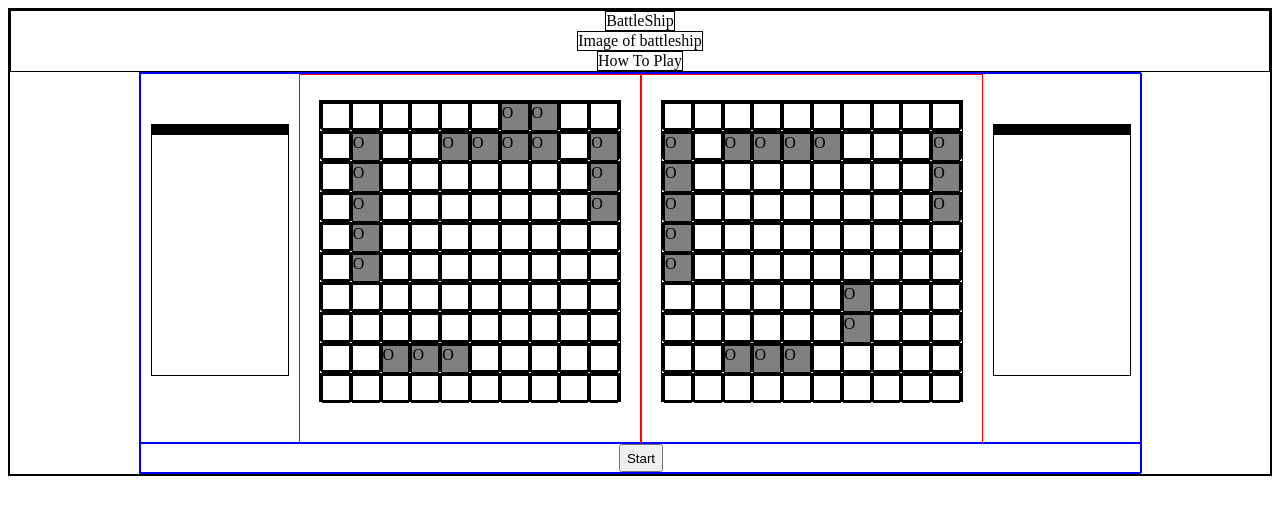
Repository: J-Haze/BattleshipApp
Page: /
The author's editor kept a copy of each file at every save. The page is drawn from the files as they stood at one save, then again after the next save.
The browser window is 1280 px wide. The pictures show the whole page.
The project was rebuilt for these pictures with package versions that can differ from the ones it lists, and the page was loaded fresh each time. Also part of the build but not shown: src/index.css.

Above is the page before, as saved 2020-09-23 17:53:27.

### src/App.js
import React from "react";
import "./App.css";
import Game from "./Components/Game";
import Header from "./Components/Header"
// import { ProgressPlugin } from "webpack";

//test

function App() {
  return (
    <div className="App">
      <Header />
      <Game />
    </div>
  );
}

export default App;

### src/App.css
/* test */
:root{
    --black: #1B262C;
}


header {
    border: 1px solid black;

    display: flex;
    flex-direction: column;
    justify-content: center;
    align-items: center;

}

div {
    border: 1px solid black;
}

#how-to:hover{
    cursor: pointer;
}

#game{
    width: 1000px;
    height: 400px;
    display: flex;
    flex-direction: column;
    border: 1px solid blue;
    margin-left: auto;
    margin-right: auto;
}

.column{
    width: 50%;
    height: 100%;
    border: 1px solid red;
}

.board{
    height: 300px;
    width: 300px;
    margin-left: auto;
    margin-right: auto;
    margin-top: 25px;

    display: grid;
    grid-template-columns: repeat(1, 1fr);
    grid-template-rows: repeat(10, 1fr);
    gap: 2px;
}

.row{
    display: flex;
    /* height: 30px; */
    height: 1fr;
    width: 1fr;
}

.square{
    /* height: 100%;
    width: 10%; */
    display: flex;
    height: 100%;
    width: 10%;
}

.ship{
    background-color:gray;
    height: 100%;
    width: 100%;
}

.hit{
    background-color:red;
    height: 100%;
    width: 100%;
}

.miss{
    background-color:lightblue;
    height: 100%;
    width: 100%;
}

.sunk{
    background-color:black;
    height: 100%;
    width: 100%;
}

.empty{
    /* background-color: yellow; */
    height: 100%;
    width: 100%;
}

#top-row{
    display: flex;
    width: 1000px;
    height: 400px;
    border: 1px solid blue;
    margin-left: auto;
    margin-right: auto;
}

#bottom-row{
    display: flex;
    width: 1000px;
    height: 30px;
    border: 1px solid blue;
    margin-left: auto;
    margin-right: auto;
}

#start-button{
        margin-left: auto;
    margin-right: auto;
}

.fleet{
    height: 250px;
    width: 200px;
    margin-top: 50px;
    margin-left: 10px;
    margin-right: 10px;
}

.ship-harbor{
    height:
}

### src/Components/Game.js
import React, { useState, useEffect } from "react"
import shipFactory from "../factories/ship"
import gameboardFactory from "../factories/gameboard"
import player from "../factories/player"
import Board from "./Board.js"
import Row from "./Row.js"
import Fleet from "./Fleet.js"
// import { set } from "date-fns"

function Game() {
    const [playerState, setPlayer] = useState(player("Player"))
    const [computer, setComputer] = useState(player("Player")) //Eventually change to "computer"

    const [rowState, setRowState] = useState([]);
    let rows = [];

    const [orientation, setOrientation] = useState("horizontal")

    const [refresh, setRefresh] = useState(false);

    let pCarrier = "";
    let pBattleship = "";
    let pCruiser = "";
    let pSubmarine = "";
    let pDestroyer = "";

    let pCarrierOrient = "";
    let pBattleshipOrient = "";
    let pCruiserOrient = "";
    let pSubmarineOrient = "";
    let pDestroyerOrient = "";

    const placeShipsPlayer = (pCarrier, pBattleship, pCruiser, pSubmarine, pDestroyer, pCarrierOrient, pBattleshipOrient, pCruiserOrient, pSubmarineOrient, pDestroyerOrient) => {
        const destroyer = shipFactory(2)
        const submarine = shipFactory(3)
        const cruiser = shipFactory(3)
        const battleship = shipFactory(4)
        const carrier = shipFactory(5)

        playerState.gameboard.placeShip(carrier, 5, pCarrier, pCarrierOrient);
        playerState.gameboard.placeShip(battleship, 4, pBattleship, pBattleshipOrient);
        playerState.gameboard.placeShip(cruiser, 3, pCruiser, pCruiserOrient);
        playerState.gameboard.placeShip(submarine, 3, pSubmarine, pSubmarineOrient);
        playerState.gameboard.placeShip(destroyer, 2, pDestroyer, pDestroyerOrient);
    }

    pCarrier = 11;
    pBattleship = 14;
    pCruiser = 82;
    pSubmarine = 19;
    pDestroyer = 6;

    pCarrierOrient = "vertical";
    pBattleshipOrient = "horizontal";
    pCruiserOrient = "horizontal";
    pSubmarineOrient = "vertical";
    pDestroyerOrient = "horizontal";

    placeShipsPlayer(pCarrier, pBattleship, pCruiser, pSubmarine, pDestroyer, pCarrierOrient, pBattleshipOrient, pCruiserOrient, pSubmarineOrient, pDestroyerOrient);


    const placeShipsComputer = (pCarrier, pBattleship, pCruiser, pSubmarine, pDestroyer, pCarrierOrient, pBattleshipOrient, pCruiserOrient, pSubmarineOrient, pDestroyerOrient) => {
        const destroyer = shipFactory(2)
        const submarine = shipFactory(3)
        const cruiser = shipFactory(3)
        const battleship = shipFactory(4)
        const carrier = shipFactory(5)

        computer.gameboard.placeShip(carrier, 5, pCarrier, pCarrierOrient);
        computer.gameboard.placeShip(battleship, 4, pBattleship, pBattleshipOrient);
        computer.gameboard.placeShip(cruiser, 3, pCruiser, pCruiserOrient);
        computer.gameboard.placeShip(submarine, 3, pSubmarine, pSubmarineOrient);
        computer.gameboard.placeShip(destroyer, 2, pDestroyer, pDestroyerOrient);

    };

    let cCarrier = 10;
    let cBattleship = 12;
    let cCruiser = 82;
    let cSubmarine = 19;
    let cDestroyer = 66;

    let cCarrierOrient = "vertical";
    let cBattleshipOrient = "horizontal";
    let cCruiserOrient = "horizontal";
    let cSubmarineOrient = "vertical";
    let cDestroyerOrient = "vertical";

    placeShipsComputer(cCarrier, cBattleship, cCruiser, cSubmarine, cDestroyer, cCarrierOrient, cBattleshipOrient, cCruiserOrient, cSubmarineOrient, cDestroyerOrient);

    let attackCoord = "";

    function handleClick(id) {
        attackCoord = playerState.sendAttack(id);
        computer.gameboard.receiveAttack(attackCoord)
        setRefresh(!refresh)
        console.log("computer:", computer)
    };

    function createRows(board) {
        rows = [];
        for (let i = 0; i < board.length; i += 10) {
            rows.push(board.slice(i, i + 10));
        }
        setRowState(rows);
    }

    useEffect(() => {
        createRows(computer.gameboard.board);

    }, [computer, refresh]
    );

    return (
        <div id="game">
            <div id="top-row">
                {/* <div id="player-fleet" className="fleet"></div> */}
                <Fleet
                    id="player-fleet"
                    orient={orientation}
                />

                <div id="col-one" className="column">
                    <Board
                        key={"player"}
                        id="player-board"
                        board={playerState.gameboard.board}
                    // handleClick={}
                    // handleTest={handleTest}
                    />


                </div>
                <div id="col-two" className="column">
                    <div id="computer-board" className="board">
                        {rowState.map((row, i) => {
                            return (
                                <Row
                                    key={i}
                                    roww={i}
                                    rowObj={row}
                                    handleClick={handleClick}
                                />
                            );
                        })
                        }
                    </div>
                </div>

                {/* <div id="computer-fleet" className="fleet"></div> */}
                <Fleet
                    id="computer-fleet"
                    orient={orientation}
                />
            </div>
            <div id="bottom-row">
                <button id="start-button">Start</button>
            </div>
        </div>
    )
}

export default Game;

### src/Components/Header.js
import React from "react"
// import shipFactory from "../factories/ship"
// import gameboardFactory from "../factories/gameboard"
// import player from "../factories/player"


function Header() {
    return (
        <header>
            <div>BattleShip</div>
            <div> Image of battleship </div>
            <div id="how-to"> How To Play </div>
        </header>
    )
}


export default Header;

### src/factories/ship.js

const shipFactory = (shipLength) => {
    const shipNames = {
        1: 'Submarine',
        2: 'Destroyer',
        3: 'Cruiser',
        4: 'Battleship',
        5: 'Carrier',
    };

    const name = shipNames[shipLength];

    let ship = [];
    for (let i = 0; i < shipLength; i++) {
        ship.push([false, i, name])
    }

    let hit = (hitLocation) => {
        ship[hitLocation] = [true, hitLocation, name];
        console.log("Hit!", ship)
        console.log(`You've hit my ${name}`)
        // console.log("hits length", hit.length)
        // console.log("ship.length", ship.length)
        return ship
    }

    let isSunk = () => {
        let sunkStatus = false
        ship[0][0] == true ? sunkStatus = true : sunkStatus = false
        for (let square in ship) {
            // console.log("ship:", ship)
            // console.log(ship[square])
            sunkStatus = (ship[square][0] && sunkStatus)
        }
        // let sunkStatus = ship[0].every(Boolean);
        return sunkStatus
    }

    return {
        //id,
        name,
        shipLength,
        ship,
        hit,
        isSunk
    }
}

// const destroyer = shipFactory(2)
// const cruiser = shipFactory(3)
// const battleship = shipFactory(4)
// const carrier = shipFactory(5)

export default shipFactory;

//export default {shipFactory, destroyer, cruiser, battleship, carrier}

//Comment out with not testing
// module.exports = shipFactory;

### src/factories/gameboard.js
import shipFactory from "./ship"

const destroyer = shipFactory(2)
const submarine = shipFactory(3)
const cruiser = shipFactory(3)
const battleship = shipFactory(4)
const carrier = shipFactory(5)

const gameboardFactory = () => {
    let board = [];
    for (let a = 0; a <= 99; a++) {
        board.push(null)
    }
    // let boatsSunk = ["cruiser", "battleship", "carrier"];
    let boatsSunk = [];
    let allSunk = false;
    // let boatsPlaced = [];
    // let allPlaced = false;

    const placeShip = (shipName, shipLength, position, orient) => {
        //Checks for valid move
        let endPoint = 0;
        let closestEdge = 99;

        if (orient == "horizontal") {
            for (let b = position; b < (position + shipLength); b++) {
                if (board[b] != null) {
                    console.log("Illegal placement: ship already on square")
                    return board
                }
            };

            endPoint = ((position + shipLength - 1) / 10);
            closestEdge = ((Math.ceil(position / 10)) - 0.1);
        }

        if (orient == "vertical") {
            for (let c = position; c < (position + shipLength * 10); c += 10) {
                if (board[c] != null) {
                    console.log(`Illegal placement: ship already on square: ${c}`)
                    return board
                }
            };

            endPoint = ((position + ((shipLength - 1) * 10)));
            closestEdge = 99;
        }


        if ((endPoint > closestEdge)) {
            console.log("Illegal placement: over edge of board")
            return board
        }

        //Places the ship
        for (let square in board) {
            if ((position == square && (orient == "horizontal"))) {
                for (let z = position; z < (position + shipLength); z++) {
                    board.splice(z, 1, shipName.ship[z - position])
                }
                // console.log("HERE", shipName.ship)
                // boatsPlaced.push(shipName)
            } else if ((position == square && (orient == "vertical"))) {
                for (let z = position; z < (position + shipLength * 10); z += 10) {
                    // let w = Math.round(z/10)
                    // console.log(z)
                    board.splice(z, 1, shipName.ship[(z - position) / 10])
                }
            }
        }
        // console.log({ board })
        return board
    }

    const receiveAttack = (attackPosition) => {
        let attackID = board[attackPosition];

        //Change to if (board[attackPosition] != "false")
        if (board[attackPosition] == null) {
            console.log("Attack missed")
            board[attackPosition] = "miss";
            console.log("New Board Internal:", { board })
            return board
        }

        if ((attackID[0] == true) || (board[attackPosition] == "miss")) {
            console.log("Already guessed this position")
            return board
        }

        if (attackID[0] == false) {
            console.log("Receive Attack hit!")
            let hitLocation = attackID[1];
            let boatHitString = attackID[2];
            let boatHit = "";

            if (boatHitString == "Carrier") {
                boatHit = carrier;
            } else if (boatHitString == "Battleship") {
                boatHit = battleship;
            } else if (boatHitString == "Cruiser") {
                boatHit = cruiser;
            } else if (boatHitString == "Destroyer") {
                boatHit = destroyer;
            } else if (boatHitString == "Submarine") {
                boatHit = submarine;
            }

            console.log({ boatHit })

            boatHit.hit(hitLocation);
            board[attackPosition][0] = true;

            console.log("isSunk?", boatHit.isSunk())

            if (boatHit.isSunk()) {
                console.log(`Player's ${boatHitString} is sunk!`)
                //change all squares in boatHit from "hit" to "sunk"?
                //Or just have a pop up (i think the board game doesn't change to "sunk")
                boatsSunk.push(boatHitString)
                console.log({ boatsSunk })
            }

            if (boatsSunk.length > 4) {
                allSunk = true;
                console.log("ALL BOATS SUNK")
            }

            console.log("everyBoolean:", boatHit.ship[0])
            console.log("New Board:", { board })
            console.log("New Ship:", { boatHit })
        }

        return board

    }

    const getBoard = () => board;

    return {
        board,
        placeShip,
        // allPlaced,
        receiveAttack,
        allSunk
    }
}



export default gameboardFactory;

### src/factories/player.js
// import shipFactory from "./ship"
import gameboardFactory from "./gameboard"

const player = (playerName) => {
    // const submarine = shipFactory(1)
    // const destroyer = shipFactory(2)
    // const cruiser = shipFactory(3)
    // const battleship = shipFactory(4)
    // const carrier = shipFactory(5)
    const getBoard = gameboardFactory();
    const gameboard = getBoard;
    let attackCoord = 100;
    let index = 100;

    const squaresToGuess = [];

    for (let i = 0; i <= 99; i++) {
        squaresToGuess.push(i);
    }
    // console.log(squaresToGuess)

    //Randomly sends an attack
    const sendAttack = (coord) => {
        // if (playerName == "Computer") {
        // }

        if (playerName == "Player") {
            attackCoord = coord;
            index = squaresToGuess.indexOf(attackCoord);
            squaresToGuess.splice(index, 1);
        } else {
            // console.log("s2g", squaresToGuess.length - 1)
            attackCoord = Math.floor(Math.random() * (squaresToGuess.length - 1));
            index = squaresToGuess.indexOf(attackCoord);
            squaresToGuess.splice(index, 1);
        }

        // console.log({ attackCoord })
        console.log("squares to guess:", squaresToGuess)
        return attackCoord
    }



    //send attack will take coordinates and "send an attack" to the OPPOSING board
    //Need to make sure it has an array of 0-99 and takes away the guessed numbers from that array.
    //random between 0 and array.length

    return {
        gameboard,
        squaresToGuess,
        sendAttack
    }
}








export default player;

### src/Components/Board.js
import React, { useState, useEffect } from "react"
// import shipFactory from "../factories/ship"
// import gameboardFactory from "../factories/gameboard"
// import player from "../factories/player"
// import Square from "./Square.js"
import Row from "./Row.js"
// import Player from "./Player.js"

function Board(props) {
    let { id, board } = props;

    // console.log("123:", {board})
    // let squares = board;
    // console.log({ squares })

    const [rowState, setRows] = useState([]);

    // let rows = [];


    useEffect(() => {
        let rows = [];
        for (let i = 0; i < board.length; i += 10) {
            rows.push(board.slice(i, i + 10));
        }
        setRows(rows);
        // console.log("board:", board)
        // console.log("rows", rows)
        // console.log("New Rows:", rowState)
        // console.log("Use Effect Board")
    }, []
        // [board]
    );



    return (
        <div id={id} className="board">
            {/* {squareItems} */}
            {rowState.map((row, i) => {
                return (
                    <Row
                        key={i}
                        roww={i}
                        rowObj={row}
                    // position={[i, j]}
                    // position={square}
                    // key={square.}
                    // key={book.title}
                    // book={book}
                    // handleDelete={handleDelete}
                    // toggleRead={toggleRead}
                    // toggleReading={toggleReading}
                    // toggleNotRead={toggleNotRead}
                    />
                );
            })
            }
        </div>
    )
}

export default Board;

### src/Components/Row.js
import React, { useState, useEffect } from "react"
// import shipFactory from "../factories/ship"
// import gameboardFactory from "../factories/gameboard"
// import player from "../factories/player"
import Square from "./Square"

function Row(props) {
    let { roww, rowObj, handleClick } = props;

    // console.log({ rowObj });
    // const [rowwState, setRoww] = useState([roww]);

    // useEffect(() => {
    //     setRoww(roww);
    // },
    //     [roww]
    // );

    return (
        // <div className="row">
        //     {rowObj}
        // </div>
            <div className="row">
                {rowObj.map((square, j) => {
                    return (
                        <Square
                            key={j}
                            row={roww}
                            col={j}
                            squareObj={square}
                            handleClick={handleClick}
                        />
                    );
                })
                }
            </div>
    )
};
export default Row;

### src/Components/Fleet.js
import React, { useState, useEffect } from "react"

function Fleet(props) {

    console.log("key", props.key)
    console.log("id", props.id)

    console.log("orient", props.orient)

    if (props.orient == "horizontal") {
        return (
            <div id={props.id} className="fleet" >
                <div className="carrier ship-harbor horizontal" ></div>
                <div className="battleship ship-harbor horizontal"></div>
                <div className="cruiser ship-harbor horizontal"></div>
                <div className="submarine ship-harbor horizontal"></div>
                <div className="destroyer ship-harbor horizontal"></div>
            </div >
        )
    } else {
        return (
            <div id={props.id} className="fleet" > Error
                <div className="carrier ship-harbor horizontal" ></div>
                <div className="battleship ship-harbor horizontal"></div>
                <div className="cruiser ship-harbor horizontal"></div>
                <div className="submarine ship-harbor horizontal"></div>
                <div className="destroyer ship-harbor horizontal"></div>
            </div >
        )
    }


};

export default Fleet;

### src/Components/Square.js
import React, { useState, useEffect } from "react"
// import shipFactory from "../factories/ship"
// import gameboardFactory from "../factories/gameboard"
// import player from "../factories/player"

function Square(props) {

    const id = (props.row * 10 + props.col)

    // if (props.squareObj != null) {
    //     console.log("ID and Object:", id, props.squareObj[0])
    // }

    // let renderedSquare = () => {

    // };

    return (
        <div className="square">
            {/* {row}
            {col} */}
            {(props.squareObj != null) ?
                ((props.squareObj[0] == false) ?
                    (<div className="ship" key={id} onClick={() => props.handleClick(id)}>O</div>) :
                    (props.squareObj[0] == true) ?
                        (<div className="hit" key={id}>X</div>) :
                        (props.squareObj[0] == "sunk") ?
                            (<div className="sunk" key={id}>X</div>) :
                            (props.squareObj == "miss") ?
                                (<div className="miss" key={id}>X</div>) :
                                (<div>error</div>)) :
                (<div className="empty" key={id} onClick={() => props.handleClick(id)}></div>)
                // return <div className="empty" onClick={() => handleClick(key)}></div>
            }
        </div>
    )
}

export default Square;

Loaded but not shown: public/index.html (common file); src/index.js (common file); src/serviceWorker.js (common file)

After the next save:
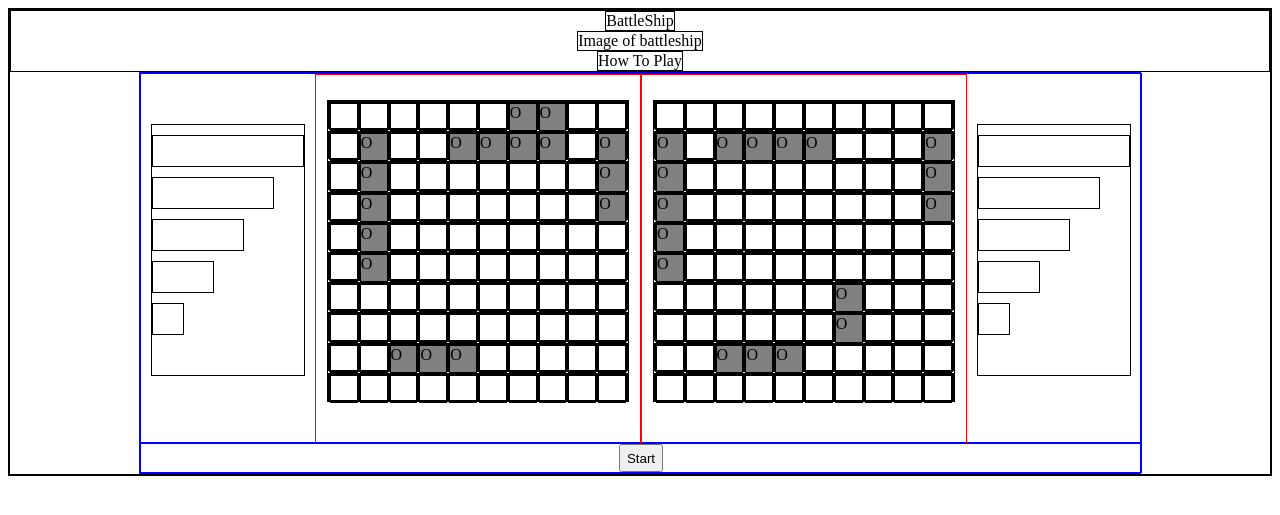
Saved 5 min 26 s later.
--- a/src/App.css
+++ b/src/App.css
@@ -115,7 +115,7 @@ div {
 }
 
 #start-button{
-        margin-left: auto;
+    margin-left: auto;
     margin-right: auto;
 }
 
@@ -128,5 +128,26 @@ div {
 }
 
 .ship-harbor{
-    height:
+    height: 30px;
+    margin-top: 10px;
 }
+
+.carrier{
+    width: 150px;
+}
+
+.battleship{
+    width: 120px;
+}
+
+.cruiser{
+    width: 90px;
+}
+
+.submarine{
+    width: 60px;
+}
+
+.destroyer{
+    width: 30px;
+}
